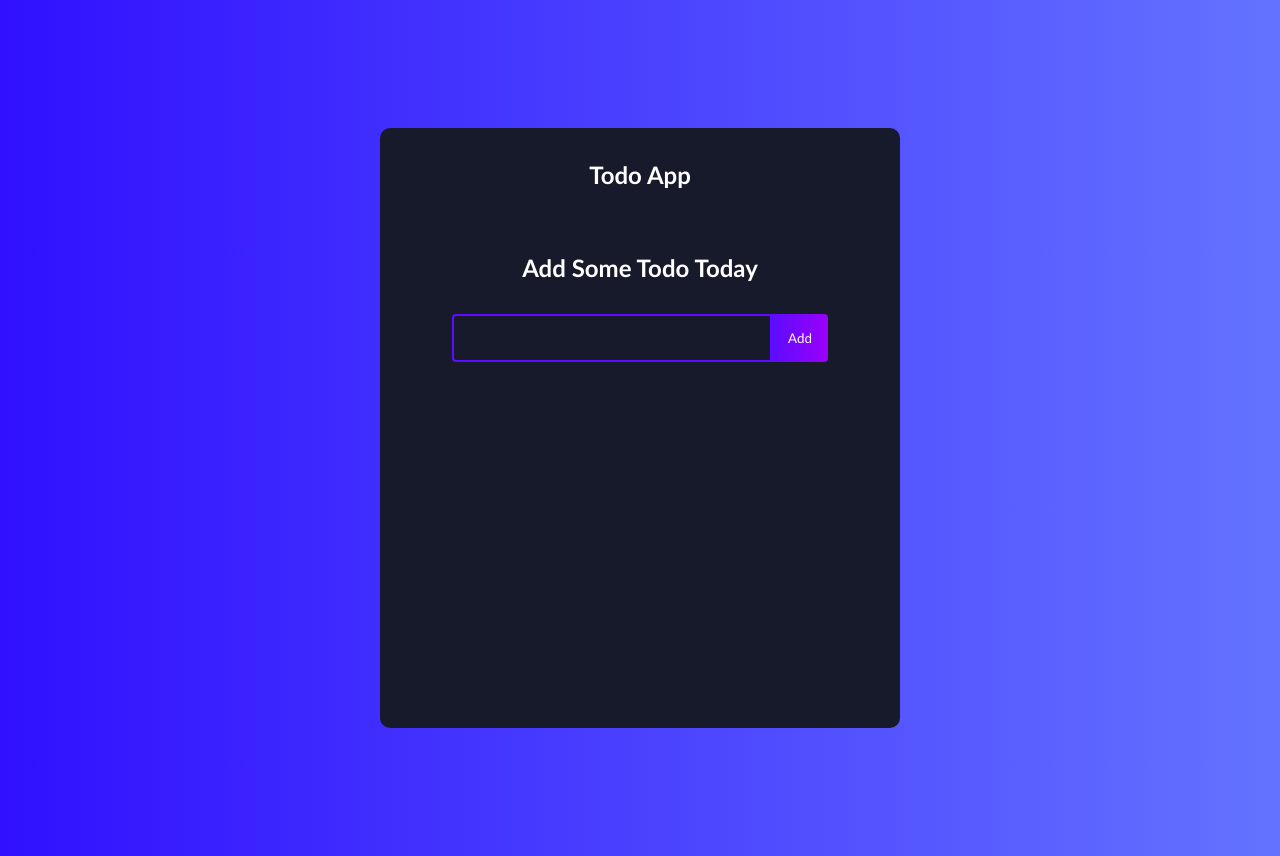
Repository: qqharry21/react-todo-app-v1
Page: /
An editor plug-in stored every save of this project. The page is shown before and after the next save, followed by the edit.
The browser window is 1280 px wide. The pictures show the whole page.
The project was rebuilt for these pictures with package versions that can differ from the ones it lists, and the page was loaded fresh each time. Also part of the build but not shown: src/components_test/Todo.js, src/components/Todo.js.

Above is the page before, as saved 2021-12-26 02:11:14.

After the next save:
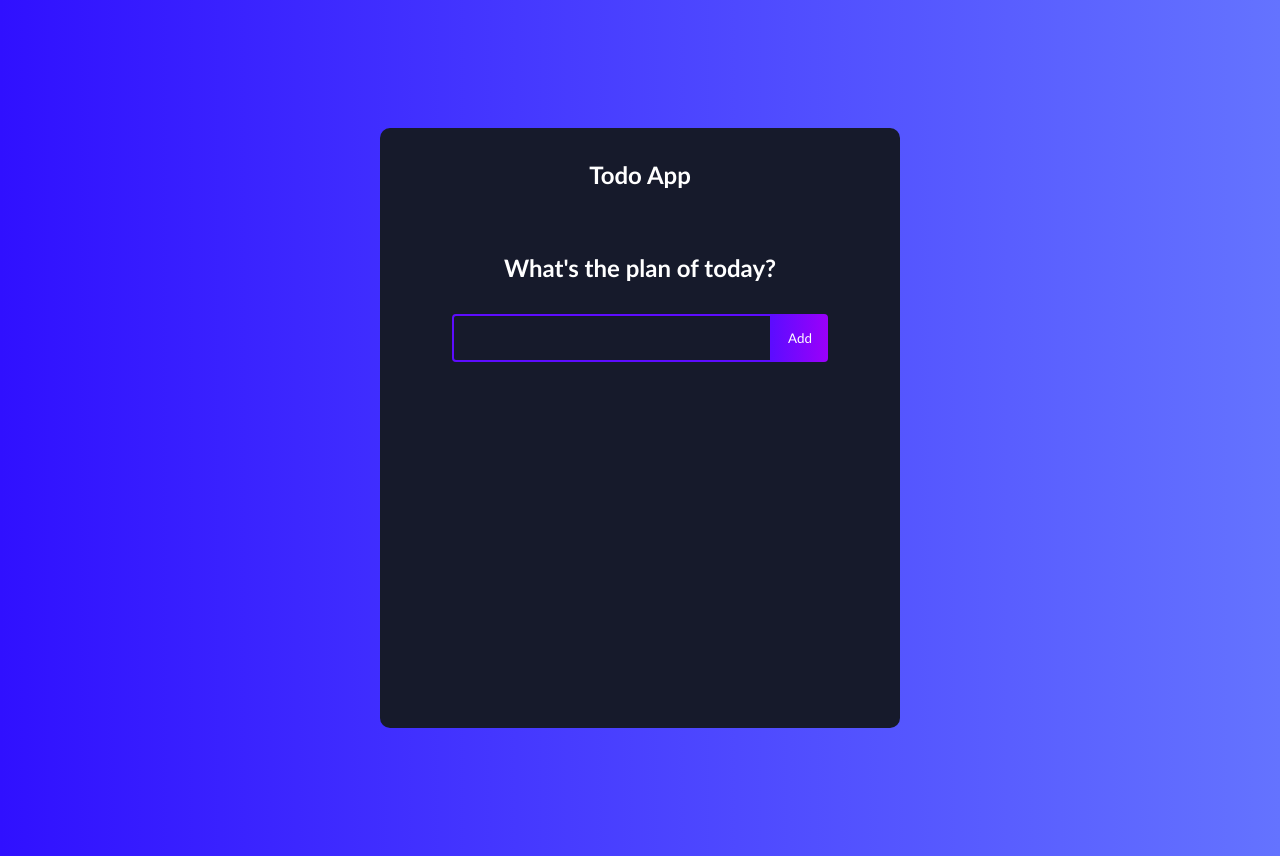
Saved 10 s later.
--- a/src/App.js
+++ b/src/App.js
@@ -3,7 +3,7 @@
 import './App.css';
 // import TodoList from './components/TodoList';
 
-import TodoList from './components_test/TodoList';
+import TodoList from './components/TodoList';
 
 function App() {
   return (
